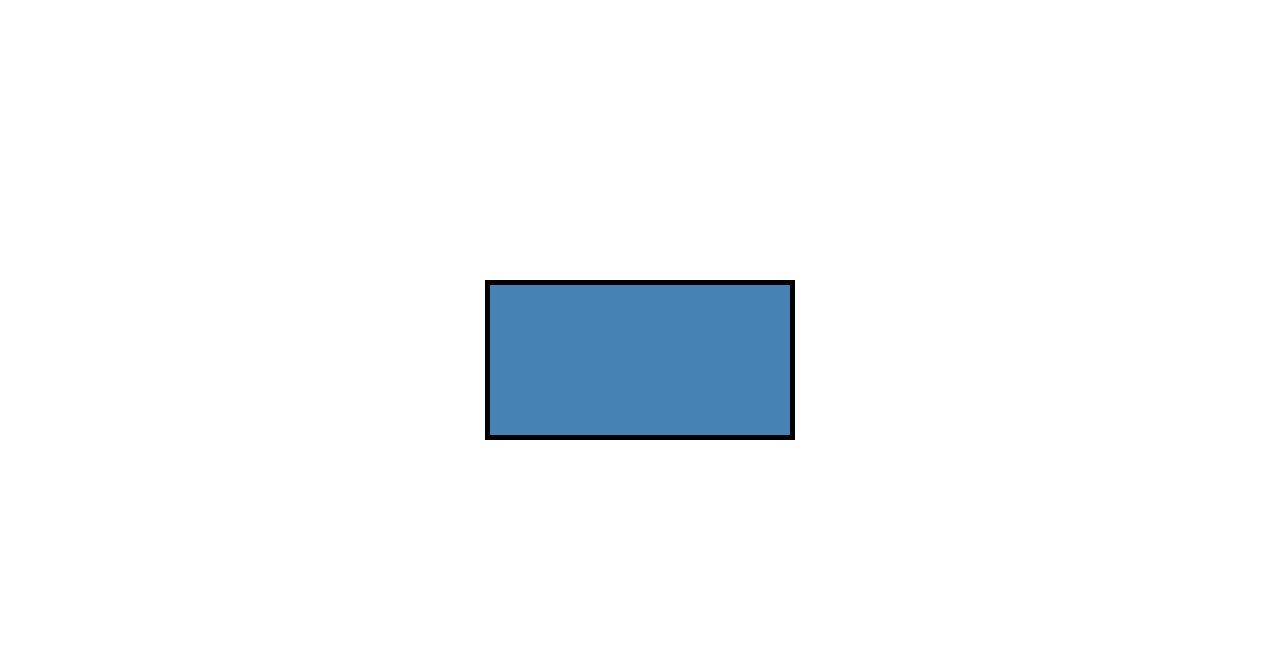
Repository: vasucp1207/seahorse-shooting-game
Page: index.html
The author's editor kept a copy of each file at every save. The page is drawn from the files as they stood at one save, then again after a run of saves.
The browser window is 1280 px wide. The pictures show the whole page.

Above is the page before, as saved 2022-08-24 19:05:37.
Console error: SyntaxError: Unexpected token '}'

### index.html
<!DOCTYPE html>
<html lang="en">
<head>
    <meta charset="UTF-8">
    <meta http-equiv="X-UA-Compatible" content="IE=edge">
    <meta name="viewport" content="width=device-width, initial-scale=1.0">
    <title>Document</title>
    <link rel="stylesheet" href="style.css">
</head>
<body>
    <canvas id="canvas"></canvas>

    <script src="script.js"></script>
</body>
</html>

### style.css
* {
    margin: 0;
    padding: 0;
    box-sizing: border-box;
}

#canvas{
    border: 5px solid black;
    position: absolute;
    top: 50%;
    left: 50%;
    transform: translate(-50%, -50%);
    background: steelblue;
    max-width: 100%;
    max-height: 100%;
}

### script.js
window.addEventListener('load', function () {
    const canvas = this.document.getElementById('canvas')
    const ctx = canvas.getContext('2d')
    canvas.width = 500
    canvas.height = 500

    class InputHandler {
        constructor(game) {
            this.game = game
            window.addEventListener('keydown', e => {
                if (((e.key === 'ArrowUp')
                    || (e.key === 'ArrowDown'))
                    && (this.game.keys.indexOf(e.key)) === -1) {
                    this.game.keys.push(e.key)
                } else if(e.key === ' '){
                    this.game.player.shootTop()
                }
            })
            window.addEventListener('keyup', e => {
                if (this.game.keys.indexOf(e.key) > -1) {
                    this.game.keys.splice(this.game.keys.indexOf(e.key), 1)
                }
            })
        }
    }

    class Projectile {
        constructor(game, x, y){
            this.game = game
            this.x = x
            this.y = y
            this.width = 10
            this.height = 10
            this.speed = 10
            this.markedForDeletion = false
        }

        update(){
            this.x += this.speed
            if(this.x > this.game.width * 0.9) this.markedForDeletion = true
        }

        draw(context){
            context.fillStyle = 'yellow'
            context.fillRect(this.x, this.y, this.width, this.height)
        }
    }

    class Player {
        constructor(game) {
            this.game = game
            this.width = 120
            this.height = 190
            this.x = 20
            this.y = 100
            this.speedY = 0
            this.maxSpeed = 2
            this.projectile = []
        }

        update() {
            if(this.game.keys.includes('ArrowUp')) this.speedY = -this.maxSpeed
            else if(this.game.keys.includes('ArrowDown')) this.speedY = this.maxSpeed
            else this.speedY = 0
            this.y += this.speedY

            this.projectile.forEach(projectile => {
                projectile.update()
            })
            this.projectile = this.projectile.filter(projectile => !projectile.markedForDeletion)
        }
        draw(context) {
            context.fillStyle = 'black'
            context.fillRect(this.x, this.y, this.width, this.height)
            this.projectile.forEach(projectile => {
                projectile.draw(context)
            })
        }
        shootTop(){
            if(this.game.amo > 0){
                this.projectile.push(new Projectile(this.game, this.x + 80, this.y + 80))
                this.game.amo--
            }
        }
    }

    class Particle {

    }

    class Enemy {
        constructor(game){
            this.game = game
            this.x = this.game.width
            this.speedX = Math.random() * -1.5 - 0.5
            this.markedForDeletion = false
        }
        update(){
            this.x += this.speedX
            if(this.x + this.width < 0) this.markedForDeletion = true
        }
        draw(context){
            context.fillStyle = 'red'
            context.fillRect(this.x, this.y, this.width, this.height)
        }
    }

    class Angler1 extends Enemy{
        constructor(game){
            super(game)
            this.width = 228 * 0.2
            this.height = 169 * 0.2
            this.y = Math.random() * (this.game.height * 0.9, this.height)
        }
    }

    class Layer {

    }

    class Background {

    }

    class UI {
        constructor(game){
            this.game = game
            this.fontSize = 25
            this.fontFamily = 'Helvetica'
            this.color = 'white'
        }
        draw(context){
            context.fillStyle = this.color
            for(let i = 0; i < this.game.amo; i++){
                context.fillRect(20 + 5 * i, 50, 3, 20)
            }
        }
    }

    class Game {
        constructor(width, height) {
            this.width = width
            this.height = height
            this.player = new Player(this)
            this.input = new InputHandler(this)
            this.ui = new UI(this)
            this.keys = []
            this.enemies = []
            this.enemyTimer = 0
            this.enemyInterval= 1000
            this.amo = 20
            this.amoTimer = 0
            this.amoInterval = 500
            this.maxAmo = 50
            this.gameOver = false
        }
        update(deltaTime) {
            this.player.update()
            if(this.amoTimer > this.amoInterval){
                if(this.amo < this.maxAmo) this.amo++
                this.amoTimer = 0
            }
            else{
                this.amoTimer += deltaTime
            }

            this.enemies.forEach(enemy => {
                enemy.update()
                if(this.checkCollision(this.player, enemy)){
                    enemy.markedForDeletion = true
                }

                this.player.projectile.forEach(projectile => {
                    if(this)
                })
            })
            this.enemies = this.enemies.filter(enemy => !enemy.markedForDeletion)
            if(this.enemyTimer > this.enemyInterval && !this.gameOver){
                this.addEnemy()
                this.enemyTimer = 0
            }
            else{
                this.enemyTimer += deltaTime
            }
        }

        draw(context) {
            this.player.draw(context)
            this.ui.draw(context)
            this.enemies.forEach(enemy => {
                enemy.draw(context)
            })
        }

        addEnemy(){
            this.enemies.push(new Angler1(this))
        }

        checkCollision(rect1, rect2){
            return (
                rect1.x < rect2.x + rect2.width &&
                rect1.x + rect1.width > rect2.x &&
                rect1.y < rect2.y + rect2.height &&
                rect1.height + rect1.y > rect2.y
            )
        }
    }

    const game = new Game(canvas.width, canvas.height)
    let lastTime = 0
    function animate(timeStamp) {
        const deltaTime = timeStamp - lastTime
        lastTime = timeStamp
        ctx.clearRect(0, 0, canvas.width, canvas.height)
        game.update(deltaTime)
        game.draw(ctx)
        requestAnimationFrame(animate)
    }
    animate(0)
})

After the next 4 saves:
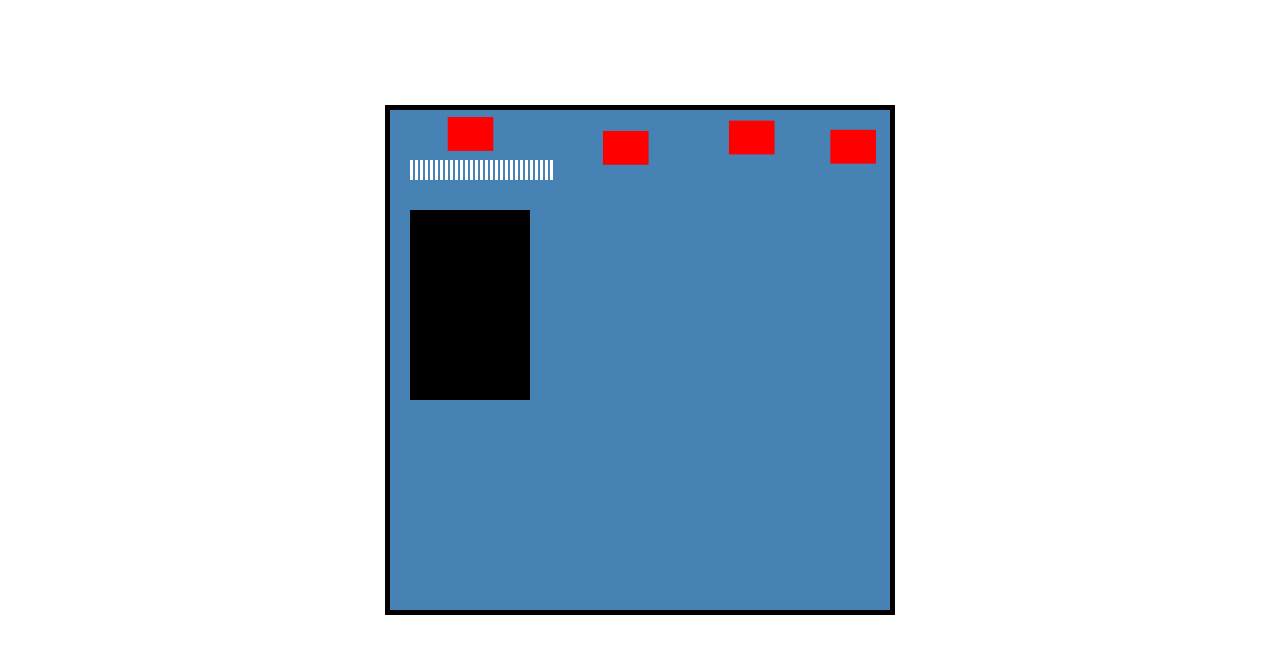
The error is gone.
The 4 saves are shown as one change because they came seconds apart.
The last was saved 11 s later.
--- a/script.js
+++ b/script.js
@@ -171,7 +171,9 @@ window.addEventListener('load', function () {
                 }
 
                 this.player.projectile.forEach(projectile => {
-                    if(this)
+                    if(this.checkCollision(projectile, enemy)){
+                        ene
+                    }
                 })
             })
             this.enemies = this.enemies.filter(enemy => !enemy.markedForDeletion)
